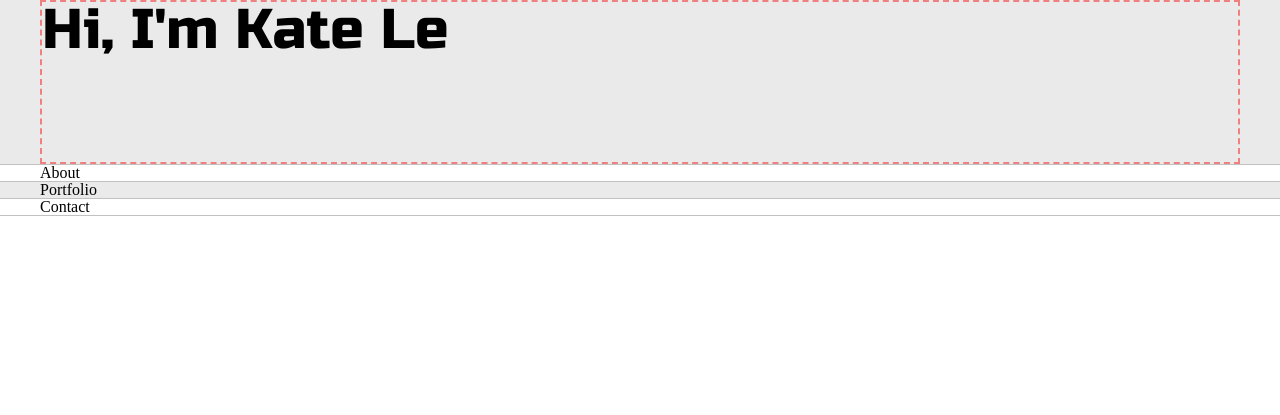
Repository: kate30980/my-persponal-website
Page: index.html
The author's editor kept a copy of each file at every save. The page is drawn from the files as they stood at one save, then again after the next save.
The browser window is 1280 px wide. The pictures show the whole page.

Above is the page before, as saved 2021-08-26 17:14:37.

### index.html
<!DOCTYPE html>
<html lang="en">

<head>
    <meta charset="UTF-8">
    <meta http-equiv="X-UA-Compatible" content="IE=edge">
    <meta name="viewport" content="width=device-width, initial-scale=1.0">
    <title>Kate Le</title>
    <link rel="preconnect" href="https://fonts.googleapis.com">
    <link rel="preconnect" href="https://fonts.gstatic.com" crossorigin>
    <link rel="preconnect" href="https://fonts.googleapis.com">
    <link rel="preconnect" href="https://fonts.gstatic.com" crossorigin>
    <link href="https://fonts.googleapis.com/css2?family=Poppins:wght@300;400;600;700&family=Russo+One&display=swap"
        rel="stylesheet">
    <link rel="stylesheet" href="reset.css">
    <link rel="stylesheet" href="main.css">
</head>

<body>

    <section class="s1">
        <div class="main-container">
            <div class="greeting-wrapper">
                <h1>Hi, I'm Kate Le</h1>
            </div>
        </div>
    </section>

    <section class="s2">
        <div class="main-container">
            About
        </div>
    </section>

    <section class="s1">
        <div class="main-container">
            Portfolio
        </div>
    </section>

    <section class="s2">
        <div class="main-container">
            Contact
        </div>
    </section>

</body>

</html>

### main.css
:root {
  --mainText: black;
  --secondaryText: #4b5156;

  --mainColor: #eaeaea;
  --secondaryColor: #fff;

  --borderColor: #c1c1c1;

  --mainFont: "Popins", sans-serif;
  --secondaryFont: "Russo One", sans-serif;
}

html,
body {
  padding: 0;
  margin: 0;
}
h1,
h2,
h3,
h4,
h5,
h6,
strong {
  color: var(--mainText);
  font-family: "Russo One", sans-serif;
  font-weight: 500;
}

p,
li,
span,
label,
input,
textarea,
select {
  color: var(--secondaryText);
  font-family: "Poppins", sans-serif;
}
ul {
  list-style: none;
}

a {
  text-decoration: none;
  color: #17a2b8;
}

h1 {
  font-size: 56px;
}
h2 {
  font-size: 36px;
}
h3 {
  font-size: 28px;
}
h4 {
  font-size: 24px;
}
h5 {
  font-size: 20px;
}
h6 {
  font-size: 16px;
}

.s1 {
  background-color: var(--mainColor);
  border-bottom: 1px solid var(--borderColor);
  overflow: auto;
}
.s2 {
  background-color: var(--secondaryColor);
  border-bottom: 1px solid var(--borderColor);
  overflow: auto;
}
.main-container {
  width: 1200px;
  margin: 0 auto;
}
.greeting-wrapper {
  display: grid;
  border: 2px dashed lightcoral;
  min-height: 10em;
}

@media screen and (max-width: 1200px) {
  .main-container {
    width: 95%;
  }
}

Loaded but not shown: reset.css (common file)

After the next save:
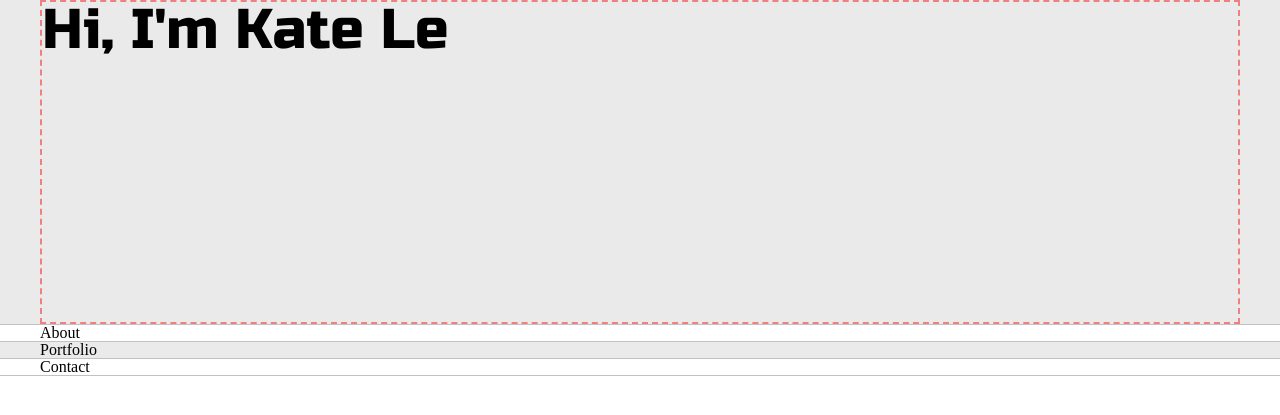
Saved 40 s later.
--- a/main.css
+++ b/main.css
@@ -83,7 +83,7 @@
 .greeting-wrapper {
   display: grid;
   border: 2px dashed lightcoral;
-  min-height: 10em;
+  min-height: 20em;
 }
 
 @media screen and (max-width: 1200px) {
